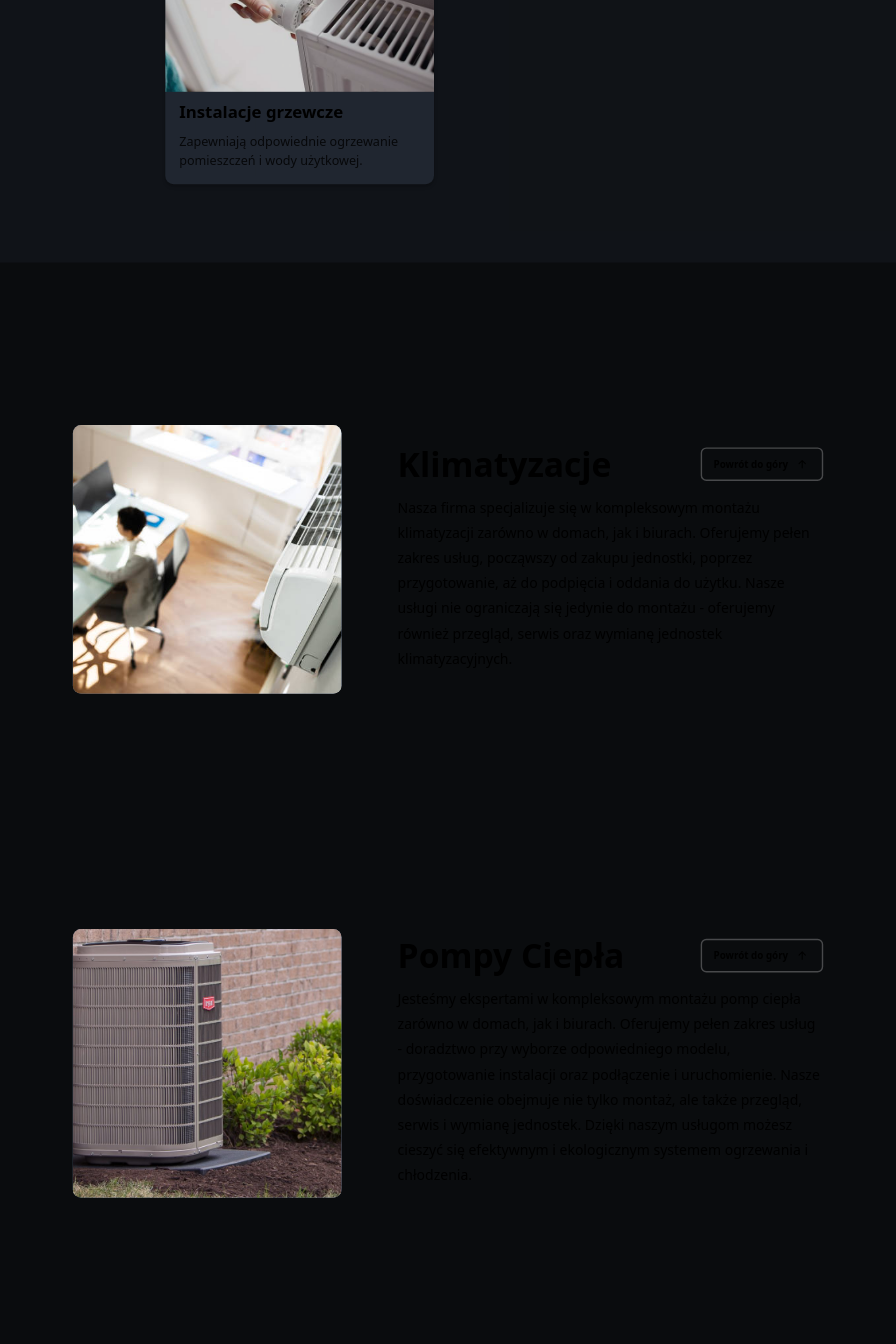
Repository: piotrokrutniak/Fast-CompanyWebsite
Page: /oferta
The author's editor kept a copy of each file at every save. The page is drawn from the files as they stood at one save, then again after the next save.
The browser window is 1280 px wide. The pictures show the part of the page from y = 1123 to 3043 px (the page is 4390 px tall before and 4502 px after), at 70% of full size.
The project was rebuilt for these pictures with package versions that can differ from the ones it lists, and the page was loaded fresh each time. The framework's server and built-in components were replaced by stand-ins that run in the browser. Also part of the build but not shown: next.config.js.

Above is the page before, as saved 2023-10-22 16:06:42.

After the next save:
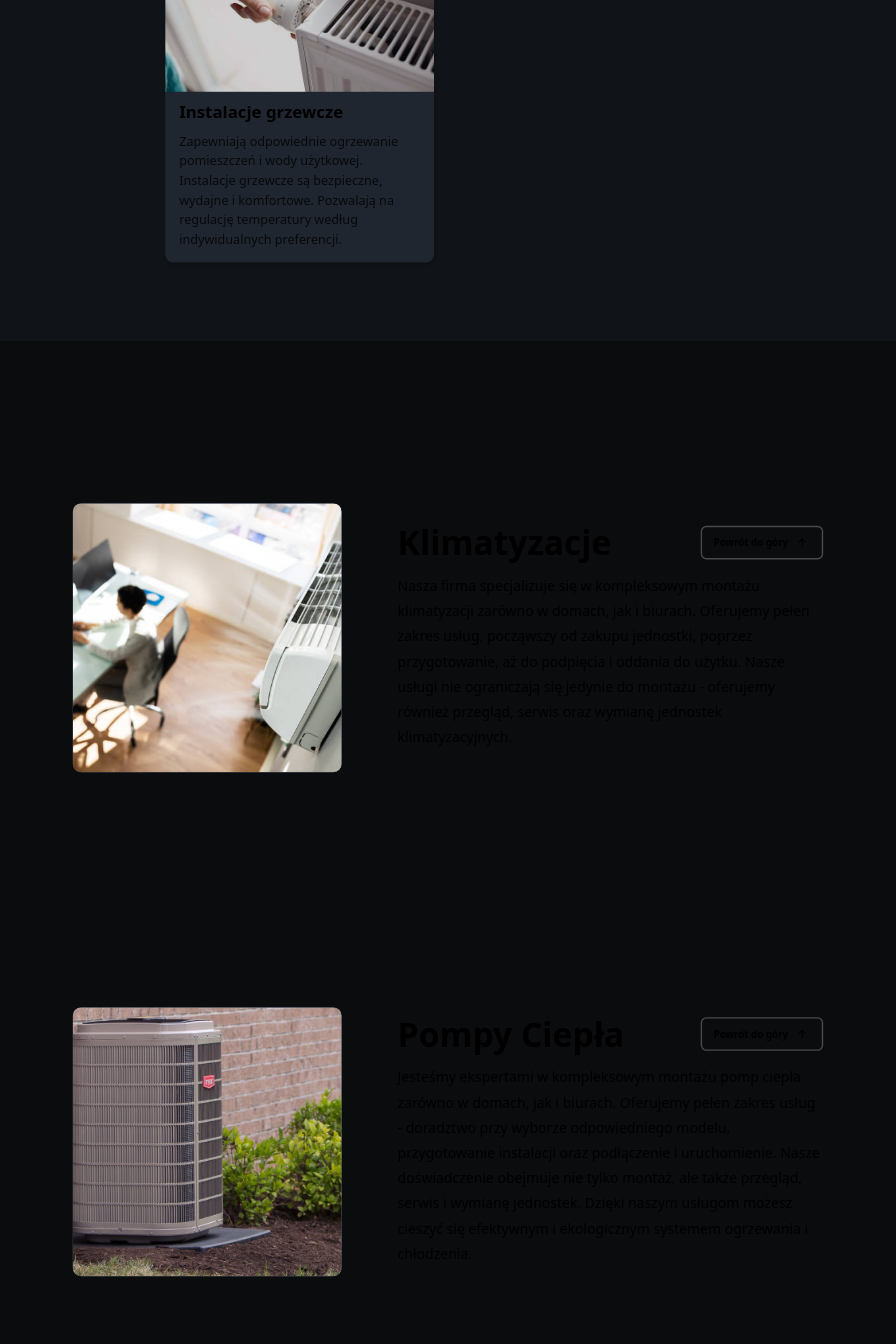
Saved 37 s later.
--- a/src/app/(pages)/oferta/page.js
+++ b/src/app/(pages)/oferta/page.js
@@ -20,7 +20,7 @@ export default function Oferta(){
                     <div className="w-fit grid lg:grid-cols-2 2xl:grid-cols-3 max-w-7xl m-auto gap-10 lg:gap-10 items-stretch">
                         <Card scrollTo="#klimatyzacja" image={img1} title="Klimatyzacje" desc="Zapewniają optymalną temperaturę i wilgotność powietrza, poprawiają jakość powietrza i komfort termiczny. Oferujemy klimatyzatory typu split, multi-split, ścienne, podłogowe i sufitowe."/>
                         <Card scrollTo="#pompy" image={img2} title="Pompy Ciepła" desc="Wykorzystują odnawialne źródła energii do ogrzewania i chłodzenia pomieszczeń oraz podgrzewania wody użytkowej. Pozwalają na znaczne obniżenie kosztów eksploatacji i emisji CO2."/>
-                        <Card scrollTo="#ogrzewanie" image={img3} title="Instalacje grzewcze" desc="Zapewniają odpowiednie ogrzewanie pomieszczeń i wody użytkowej."/>
+                        <Card scrollTo="#ogrzewanie" image={img3} title="Instalacje grzewcze" desc="Zapewniają odpowiednie ogrzewanie pomieszczeń i wody użytkowej. Instalacje grzewcze są bezpieczne, wydajne i komfortowe. Pozwalają na regulację temperatury według indywidualnych preferencji."/>
                     </div>
                 </div>
             </section>
